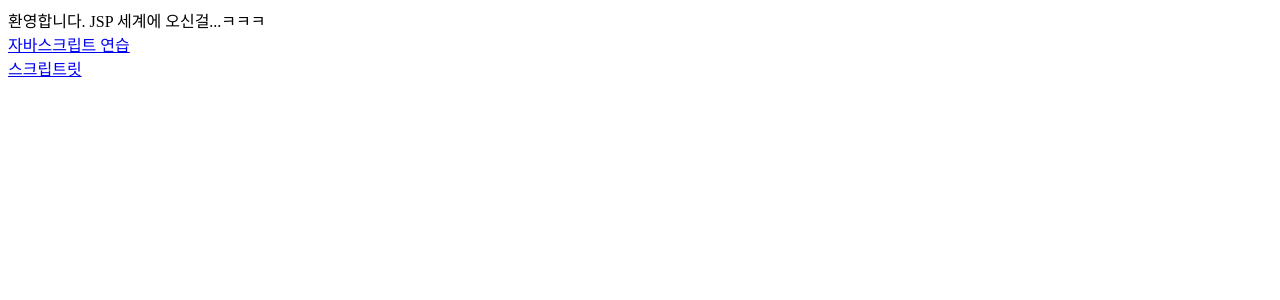
Repository: Bigdog93/WebworkspacePT
Page: http://localhost/First/
These files come from the project's save history. The page is drawn as it stood at one moment and after the next save; the edit follows.
The browser window is 1280 px wide. The pictures show the whole page.
The page is served by Tomcat 9.

Above is the page before, as saved 2021-04-23 01:21:38.

### WebWorkSpace/First/src/main/webapp/index.jsp
<%@ page language="java" contentType="text/html; charset=UTF-8"
    pageEncoding="UTF-8"%>
<!DOCTYPE html>
<html>
<head>
<meta charset="UTF-8">
<title>안녕하세요~~~</title>
</head>
<body>
<!-- 포트번호 기본이 8080. 포트번호 8080으로 하면 localhost 뒤에 :8080 안적어줘도 된다. -->
	<div>
		환영합니다. JSP 세계에 오신걸...ㅋㅋㅋ
	</div>
	<div><a href="examJavascript.jsp">자바스크립트 연습</a></div>
	<div><a href="screptlet.jsp">스크립트릿</a></div>
</body>
</html>

After the next save:
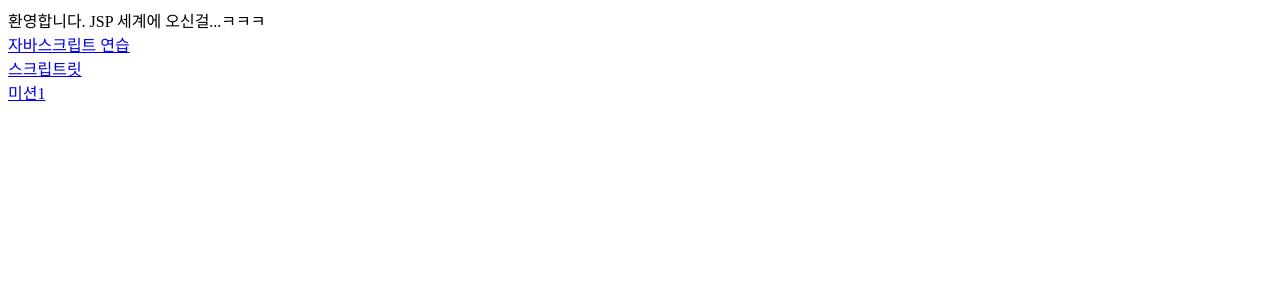
Saved 21 s later.
--- a/WebWorkSpace/First/src/main/webapp/index.jsp
+++ b/WebWorkSpace/First/src/main/webapp/index.jsp
@@ -13,5 +13,6 @@
 	</div>
 	<div><a href="examJavascript.jsp">자바스크립트 연습</a></div>
 	<div><a href="screptlet.jsp">스크립트릿</a></div>
+	<div><a href="mission1.jsp">미션1</a></div>
 </body>
 </html>
